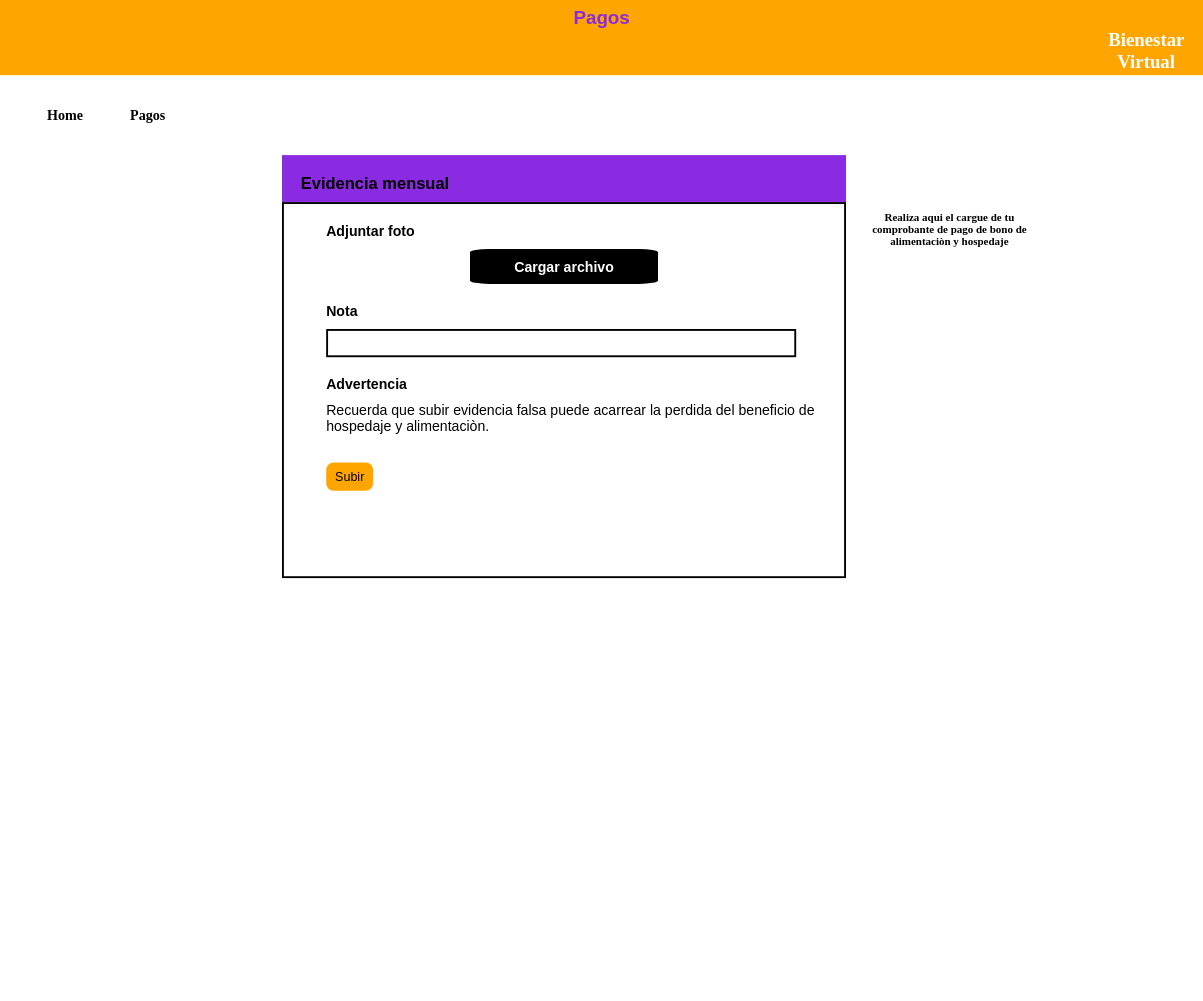
Repository: Diani123/Mis-actividades
Page: softwarebienestarinstitucional/pagos.html
The author's editor kept a copy of each file at every save. The page is drawn from the files as they stood at one save, then again after a run of saves.
The browser window is 1280 px wide. The pictures show the whole page, at 94% of full size.

Above is the page before, as saved 2023-02-12 20:33:45.

After the next 3 saves:
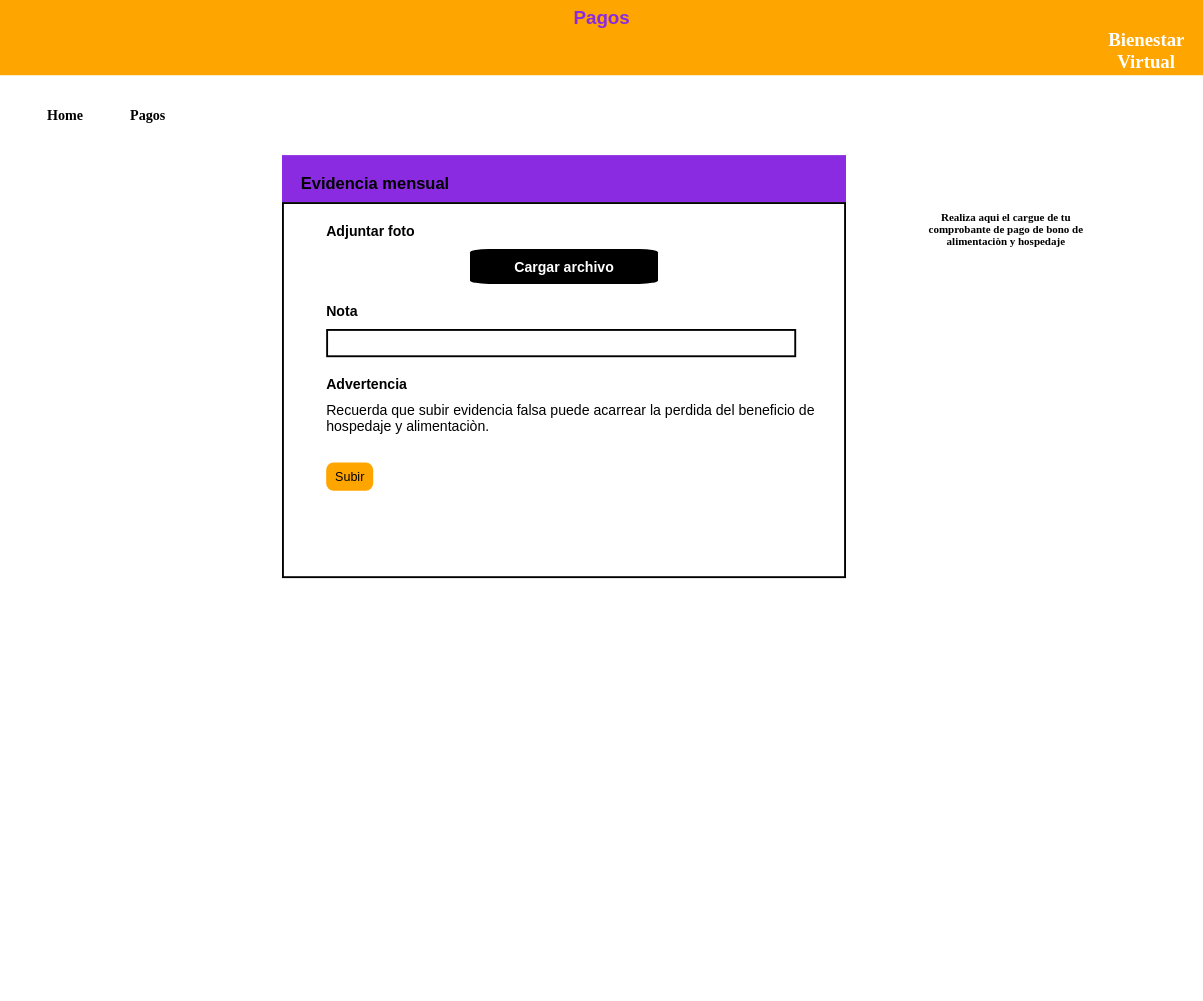
The 3 saves are shown as one change because they came seconds apart.
The last was saved 19 s later.
--- a/softwarebienestarinstitucional/pagos.css
+++ b/softwarebienestarinstitucional/pagos.css
@@ -152,6 +152,7 @@ body {
   top: -1000px;
 }
 .contenedor2{
+  margin-left: 60px;
   margin-top: 60px;
   width: 200px;
   height: 50px;
